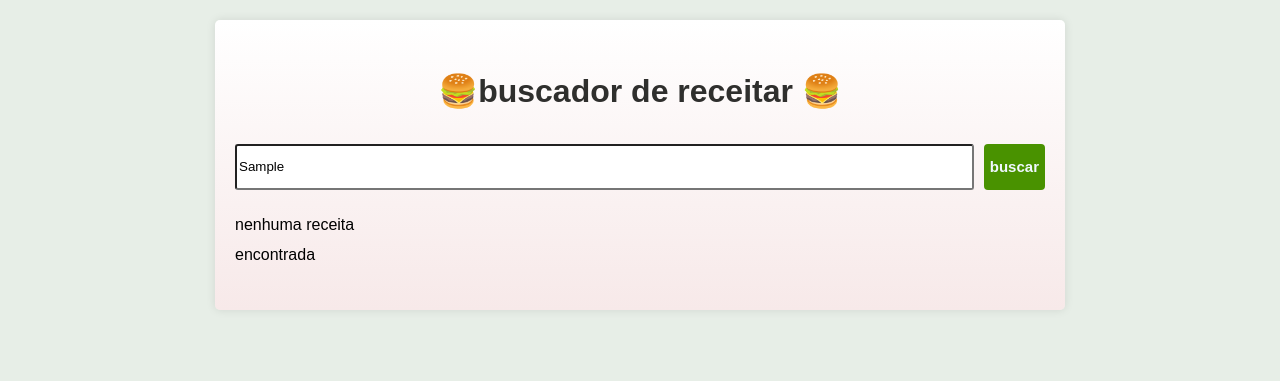
Repository: RoneT9/Receitas
Page: receita.html
An editor plug-in stored every save of this project. The page is shown before and after the next save, followed by the edit.
The browser window is 1280 px wide. The pictures show the whole page.
Empty fields were first filled with sample values (such as "Sample", 5 or name@example.com).
After loading, the first visible `form.search-form` was submitted once.
The page's requests for data from a server got no answer.

Above is the page before, as saved 2026-02-21 20:26:40.

### receita.html
<!doctype html>
<html lang="en">
  <head>
    <meta charset="UTF-8" />
    <meta name="viewport" content="width=device-width, initial-scale=1.0" />
    <link rel="stylesheet" href="receita.css" />
    <title>Document</title>
  </head>
  <body>
    <main class="container">
      <h1>buscador de receitar</h1>
      <form class="search-form">
        <input type="text" placeholder="digite o ingrediente" class="seach-ipunt" />
        <button class="btn" type="submit">buscar</button>
      </form>
      <div class="loading"></div>
      <div class="recipe-list"></div>
      <div class="recipe-details"></div>
    </main>
  </body>
  <script src="receita.js"></script>
</html>

### receita.css
body {
  margin: 0;
  padding: 20px;
  line-height: 1.9;
  font-family: sans-serif;
  background-color: rgb(231, 238, 231);
}

.container {
  width: 810px;
  background: linear-gradient(to top, rgb(247, 233, 233), white);
  margin: 0 auto;
  padding: 20px;
  box-shadow: 0 0 10px rgba(0, 0, 0, 0.1);
  border-radius: 5px;
}

h1 {
  color: rgb(47, 47, 45);
  text-align: center;
}

.search-form {
  display: flex;
  gap: 10px;
  margin-bottom: 20px;
}

.seach-ipunt {
  flex: 1;
  height: 28px;
  outline: none;
  border-radius: 3px;
  height: 40px;
}

.seach-ipunt:focus {
  background-color: rgb(221, 219, 217);
}

.btn {
  padding: 10px 20;
  background-color: rgb(73, 146, 0);
  cursor: pointer;
  border-radius: 4px;
  border: none;
  color: aliceblue;
  font-weight: 600;
  font-size: 15px;
  transition: 0.5s ease-out;
}

.btn:hover {
  background-color: rgb(94, 173, 14);
}

.btn:active {
  transform: scaleX(1.2);
}

h1::before {
  content: "🍔";
  color: brown;
}

h1::after {
  content: " 🍔";
  color: brown;
  object-fit: fill;
}

.recipe-card {
  border: 1px solid #decfcf;
  border-radius: 5px;
  text-align: center;
  cursor: pointer;
  transition: 0.05s;
  width: 400px;
}

.recipe-card img {
  margin: 30px;
  height: 200px;
  width: 250px;
  object-fit: cover;
  border-radius: 5px;
  box-shadow: 0 0 10px rgba(01, 10, 0, 0.1);
  transition: 02s;
}

img:hover {
  transform: scaleX(1.1);
  transform: scaleY(1.1);
}

.recipe-list {
  display: grid;
  grid-template-columns: repeat(auto-fill, minmax(200px, 1fr));
  gap: 3px;
}

.recipe-details {
  margin-top: 20px;
}

.recipe-details img {
  /* width: 100%; */
  max-width: 400px;
  height: 450px;
  object-fit: cover;
  border-radius: 5px;
  box-shadow: 2px 2px 10px 2px;
}

### receita.js
//ALGORITMOS

//Saber quando o usuario clicou na receita
//Busca informaçães da receita individual na API
//Colocar a receita individualna tela

//Pegar a informação do input , quando o botão for clicado
const input = document.querySelector(".seach-ipunt");
const form = document.querySelector(".search-form");
const recipelist = document.querySelector(".recipe-list");
const recipeDetails = document.querySelector(".recipe-details");

form.addEventListener("submit", (e) => {
  e.preventDefault();
  const inputValue = e.target[0].value;
  seachRecipes(inputValue);
});

//Ir ate a API , trazer as receitas
async function seachRecipes(ingredient) {
  try {
    const response = await fetch(`https://www.themealdb.com/api/json/v1/1/filter.php?i=${ingredient}`);
    const data = await response.json();
    showRecipe(data.meals);
  } catch (error) {
    recipelist.innerHTML = `nenhuma receita encontrada`;
  }
}

//Colocar as receitas na tela
function showRecipe(recipes) {
  recipelist.innerHTML = recipes
    .map(
      (item) =>
        `
    <div class ="recipe-card"onclick ="getRecipeDatails(${item.idMeal})">
    <img src = "${item.strMealThumb}" alt = "recipe-photo">
    <h3>${item.strMeal}</h3>
    </div>
    <br/>
    `,
    )
    .join("");
}
//saber quando o usuario clicou na receita
async function getRecipeDatails(id) {
  const response = await fetch(`https://www.themealdb.com/api/json/v1/1/lookup.php?i=${id}`);
  const data = await response.json();
  const recipe = data.meals[0];

  let ingredients = "";

  for (let i = 1; i <= 20; i++) {
    if (recipe[`strIngredient${i}`]) {
      ingredients += `<li>${recipe[`strIngredient${i}`]} - ${recipe[`strMeasure${i}`]}</li>`;
    } else {
      break;
    }
  }

  recipeDetails.innerHTML = `
  <h2>${recipe.strMeal}</h2>
  <img src="${recipe.strMealThumb}" alt=${recipe.strMeal}">
  <h3>Categoria: ${recipe.strCategory}</h3>
  <h3>Origem: ${recipe.strArea}</h3>
  <h3>ingredientes</h3>
  <ul>${ingredients} </ul>
  <h3>instruçães</h3>
  <p>${recipe.strInstructions}</p>
  <p>video: <a href="${recipe.strYoutube}"target="_blank">Assistar no Yobube<p/>`;
}

After the next save:
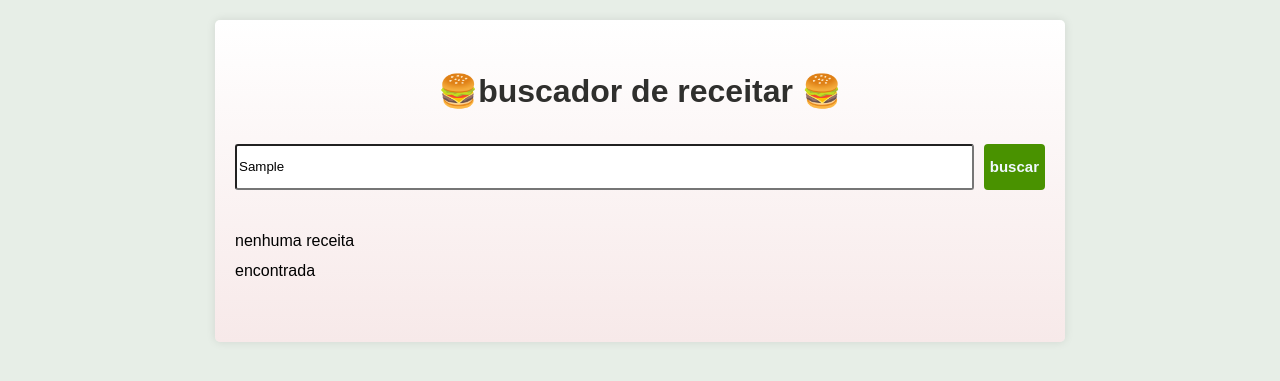
Saved 107 s later.
--- a/receita.js
+++ b/receita.js
@@ -23,7 +23,7 @@ async function seachRecipes(ingredient) {
     const data = await response.json();
     showRecipe(data.meals);
   } catch (error) {
-    recipelist.innerHTML = `nenhuma receita encontrada`;
+    recipelist.innerHTML = `<p>nenhuma receita encontrada</p>`;
   }
 }
 
